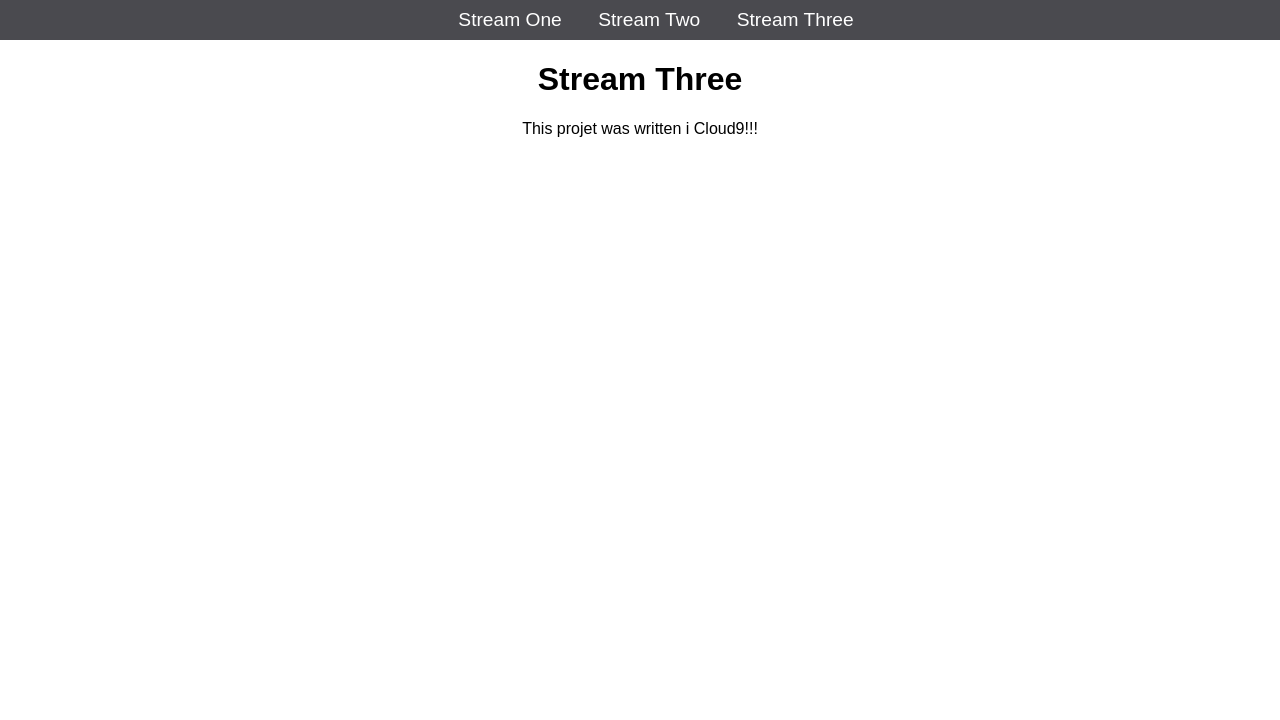
Repository: GeorgiosSklav/My-first-website
Page: stream-three.html
The author's editor kept a record of every edit. The page is drawn from the files as they stood at one moment, then again after the next edit.
The browser window is 1280 px wide. The pictures show the whole page.

Above is the page before.

After the next edit:
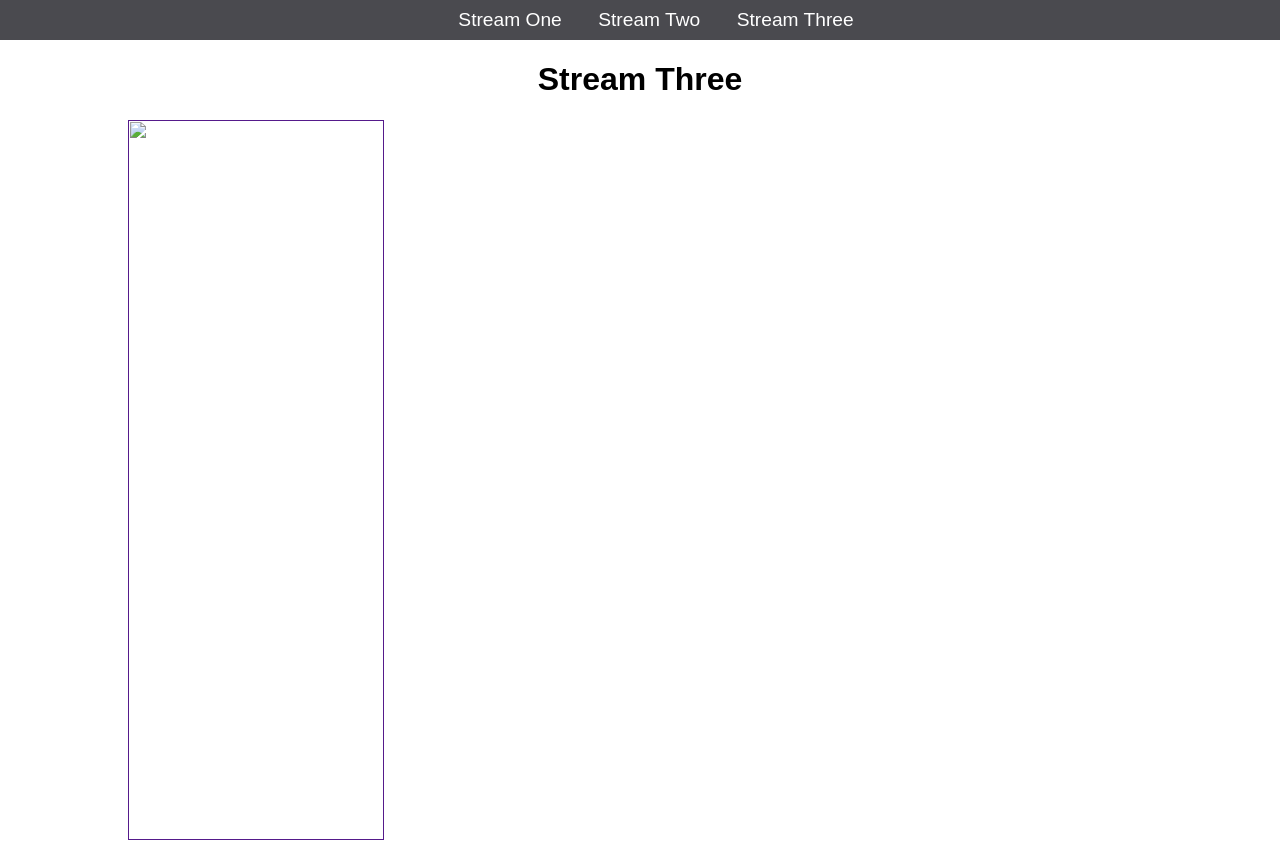
The edit:
--- a/stream-three.html
+++ b/stream-three.html
@@ -14,6 +14,10 @@
                </ul>
        </nav>
        <h1>Stream Three</h1>
-       <p>This projet was written i Cloud9!!!</p>
+       <div class="card">
+          <a href="">
+             <img src=""/>
+          </a>
+       </div>
    </body>
 </html>
